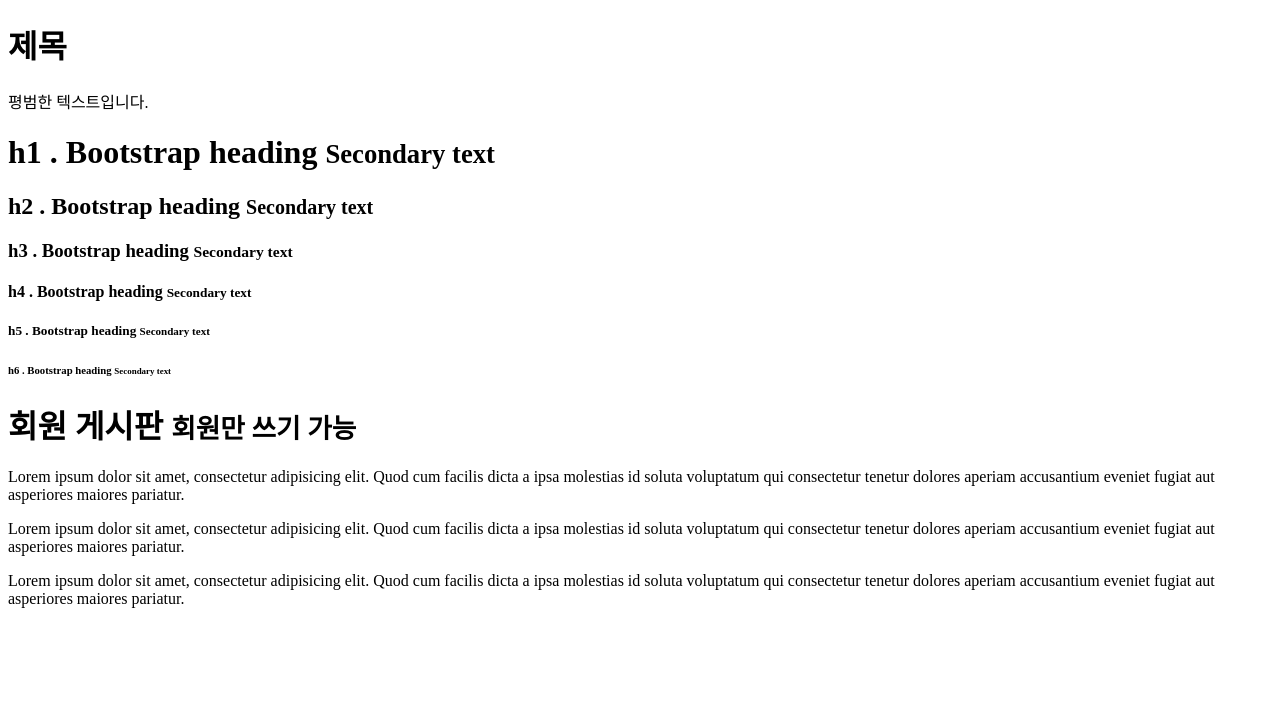
Repository: abbyinkr/BootstrapStudy
Page: BootStrapWork/WebContent/BootEx01.html
An editor plug-in stored every save of this project. The page is shown before and after the next save, followed by the edit.
The browser window is 1280 px wide. The pictures show the whole page.

Above is the page before, as saved 2021-07-01 03:05:31.

After the next save:
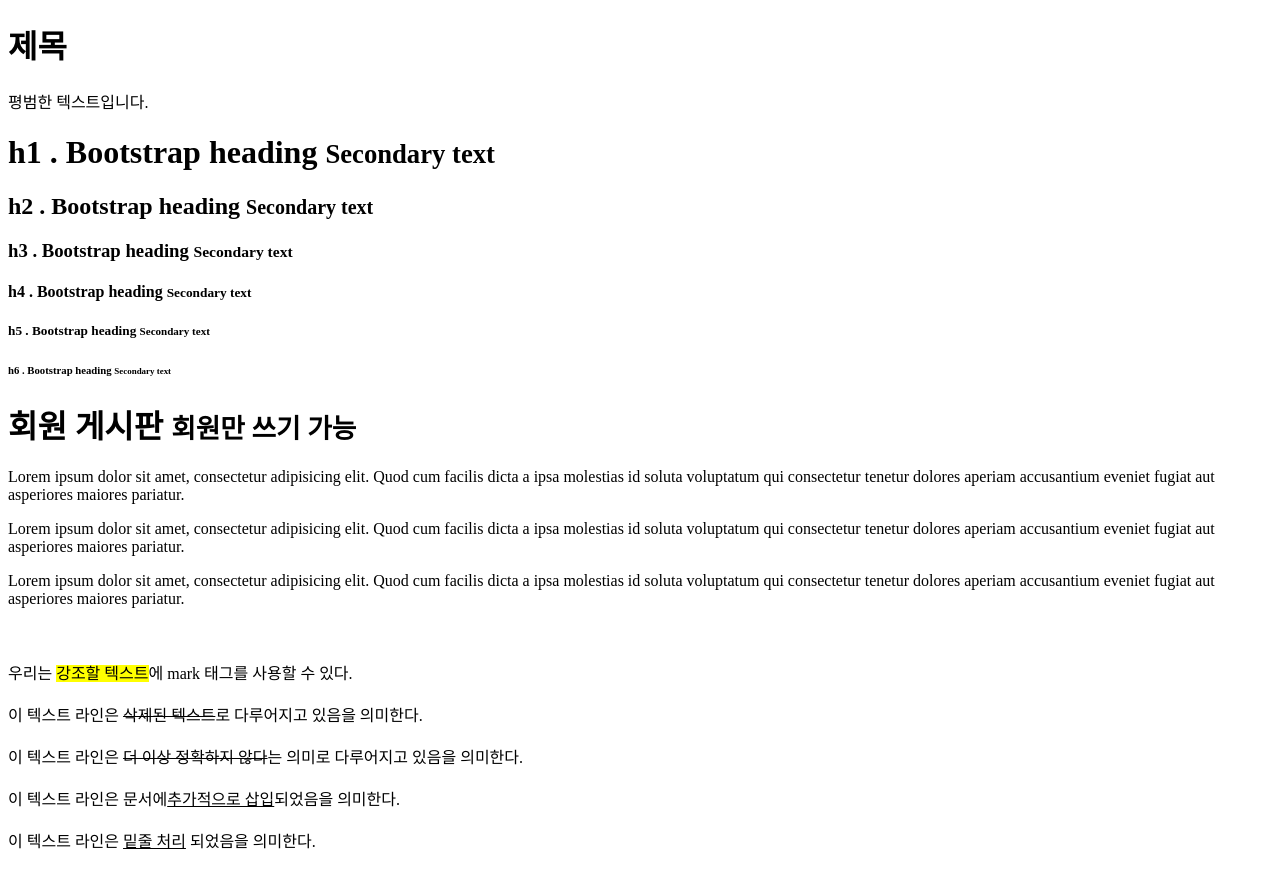
Saved 2 min 7 s later.
--- a/BootStrapWork/WebContent/BootEx01.html
+++ b/BootStrapWork/WebContent/BootEx01.html
@@ -31,7 +31,17 @@ Quod cum facilis dicta a ipsa molestias id soluta voluptatum qui consectetur ten
 Quod cum facilis dicta a ipsa molestias id soluta voluptatum qui consectetur tenetur dolores aperiam accusantium
  eveniet fugiat aut asperiores maiores pariatur.</p>
 
+<br><br>
 
+우리는 <mark>강조할 텍스트</mark>에 mark 태그를 사용할 수 있다. <br><br>
+
+이 텍스트 라인은 <del>삭제된 텍스트</del>로 다루어지고 있음을 의미한다. <br><br>
+
+이 텍스트 라인은 <s>더 이상 정확하지 않다</s>는 의미로 다루어지고 있음을 의미한다. <br><br>
+
+이 텍스트 라인은 문서에<ins>추가적으로 삽입</ins>되었음을 의미한다. <br><br>
+
+이 텍스트 라인은 <u>밑줄 처리</u> 되었음을 의미한다. <br><br>
 
 
 </body>
